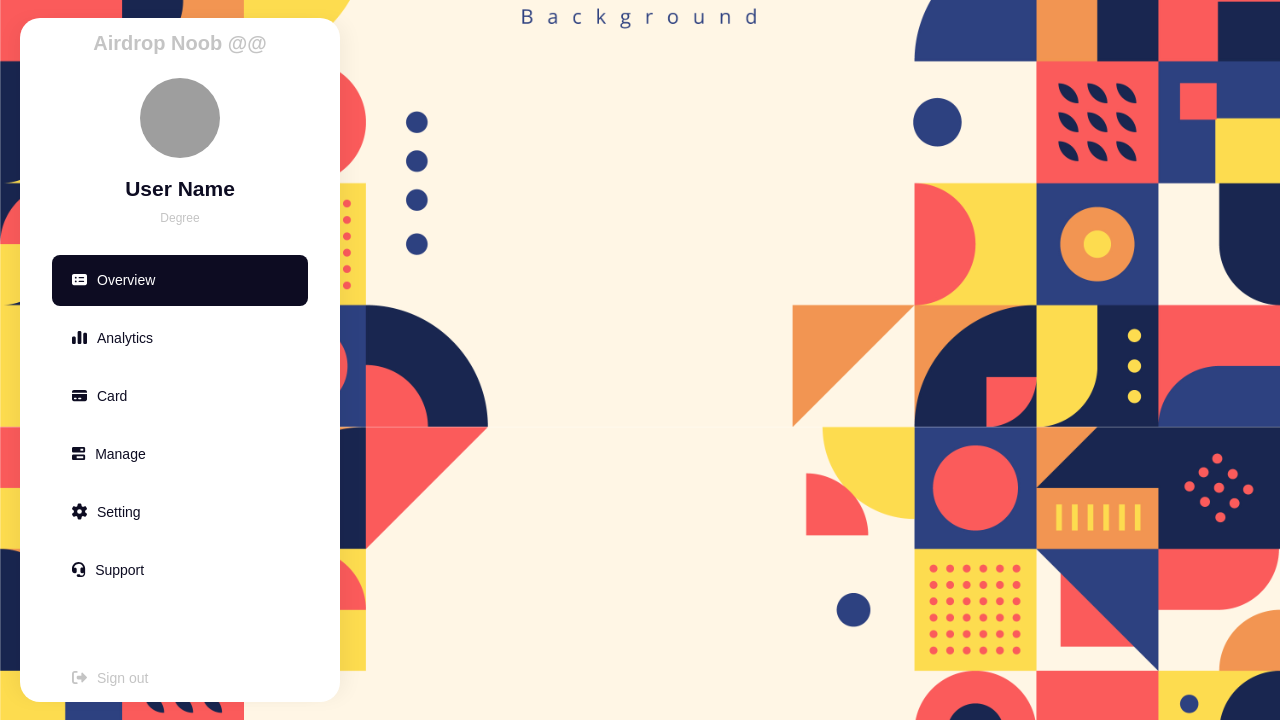
Repository: conGaStuer/airdropmamager
Page: /
The author's editor kept a copy of each file at every save. The page is drawn from the files as they stood at one save, then again after a run of saves.
The browser window is 1280 px wide. The pictures show the whole page.
Pictures or frames that could not be fetched are drawn as grey boxes. The project was rebuilt for these pictures with package versions that can differ from the ones it lists, and the page was loaded fresh each time. The framework's server and built-in components were replaced by stand-ins that run in the browser. Also part of the build but not shown: next.config.ts.

Above is the page before, as saved 2025-05-25 20:01:26.

### src/app/layout.tsx
import type { Metadata } from "next";
import { Geist, Geist_Mono } from "next/font/google";
import "../styles/globals.css";
import "../lib/fontawesome";
const geistSans = Geist({
  variable: "--font-geist-sans",
  subsets: ["latin"],
});

const geistMono = Geist_Mono({
  variable: "--font-geist-mono",
  subsets: ["latin"],
});

export const metadata: Metadata = {
  title: "Create Next App",
  description: "Generated by create next app",
};

export default function RootLayout({
  children,
}: Readonly<{
  children: React.ReactNode;
}>) {
  return (
    <html lang="en">
      <body
        className={`${geistSans.variable} ${geistMono.variable} antialiased`}
      >
        {children}
      </body>
    </html>
  );
}

### src/app/page.tsx
import Link from "next/link";
import SideBar from "../components/SideBar";
export default function Home() {
  return (
    <div className="home">
      {/* <Link href="/airdrops">
        <button>Đi đến trang Airdrops</button>
      </Link> */}
      <SideBar />
    </div>
  );
}

### src/styles/globals.css
@tailwind base;
@tailwind components;
@tailwind utilities;

:root {
  --background: #ffffff;
  --foreground: #171717;
}

@media (prefers-color-scheme: dark) {
  :root {
    --background: #0a0a0a;
    --foreground: #ededed;
  }
}

body {
  color: var(--foreground);
  background: var(--background);
  font-family: Arial, Helvetica, sans-serif;
  background-image: url("../styles/bg.jpg");
  background-size: cover;
  background-position: center;
}

### src/lib/fontawesome.js
// src/lib/fontawesome.js
import { config } from "@fortawesome/fontawesome-svg-core";
import "@fortawesome/fontawesome-svg-core/styles.css";
config.autoAddCss = false; // ⛔️ Ngăn tự thêm CSS vì Next.js xử lý riêng

### src/components/SideBar.js
import React from "react";
import "../styles/sideBar.scss";
import { FontAwesomeIcon } from "@fortawesome/react-fontawesome";
import {
  faEdit,
  faTrash,
  faRectangleList,
  faChartSimple,
  faCreditCard,
  faBarsProgress,
  faGear,
  faHeadset,
  faRightFromBracket,
} from "@fortawesome/free-solid-svg-icons";

export default function SideBar() {
  return (
    <div className="side-bar">
      <div className="side-info">
        <h4>Airdrop Noob @@</h4>
        <div className="user-profile">
          <img src="/path/to/image.jpg" />
          <h4>User Name</h4>
          <p>Degree</p>
        </div>
      </div>
      <div className="side-menu">
        <div className="menu-element menu-element1">
          <FontAwesomeIcon icon={faRectangleList} className="icon" />
          <span>Overview</span>
        </div>
        <div className="menu-element">
          <FontAwesomeIcon icon={faChartSimple} className="icon" />
          <span>Analytics</span>
        </div>
        <div className="menu-element">
          <FontAwesomeIcon icon={faCreditCard} className="icon" />
          <span>Card</span>
        </div>
        <div className="menu-element">
          <FontAwesomeIcon icon={faBarsProgress} className="icon" />
          <span>Manage</span>
        </div>
        <div className="menu-element">
          <FontAwesomeIcon icon={faGear} className="icon" />
          <span>Setting</span>
        </div>
        <div className="menu-element">
          <FontAwesomeIcon icon={faHeadset} className="icon" />

          <span>Support</span>
        </div>
      </div>
      <div className="side-logout">
        <FontAwesomeIcon icon={faRightFromBracket} className="icon" />
        <span>Sign out</span>
      </div>
    </div>
  );
}

### src/styles/sideBar.scss
@mixin center-div {
  display: flex;
  flex-direction: column;
  justify-content: space-between;
  align-items: center;
}
@mixin no-space-text {
  margin: 0px;
  padding: 0px;
}
.side-bar {
  @include center-div();
  width: 25%;
  height: 95vh;
  position: fixed;
  top: 2.5%;
  left: 20px;
  border-radius: 20px;
  background-color: white;
  color: #c4c4c4;
  box-shadow: 10px 0 20px -5px rgba(0, 0, 0, 0.05),
    -10px 0 20px -5px rgba(0, 0, 0, 0.05);
  .icon {
    font-size: 15px;
    margin-right: 10px;
    position: relative;
    top: -1px;
  }
  .side-info {
    width: 80%;
    height: 32%;
    display: flex;
    flex-direction: column;
    justify-content: space-around;
    align-items: center;

    h4 {
      @include no-space-text();
      font-size: 20px;
      font-weight: bold;
    }
    .user-profile {
      width: 75%;
      height: 68%;
      @include center-div();

      img {
        width: 80px;
        height: 80px;
        border-radius: 50%;
      }
      h4 {
        font-size: 21px;
        font-weight: bold;
        @include no-space-text();
        position: relative;
        top: 5px;
        color: #0d0c22;
      }
      p {
        @include no-space-text();
        font-size: 12px;
        position: relative;
      }
    }
  }
  .side-menu {
    width: 80%;
    height: 50%;
    @include center-div();
    position: relative;
    top: -20px;
    .menu-element {
      width: 100%;
      height: 15%;
      background-color: white;
      border-radius: 8px;
      font-size: 14px;
      display: flex;
      align-items: center;
      padding: 20px;
      color: #0d0c22;
    }
    .menu-element1 {
      background-color: #0d0c22;
      color: white;
    }
  }
  .side-logout {
    width: 80%;
    height: 7%;
    display: flex;
    align-items: center;
    padding: 20px;
    span {
      font-size: 14px;
    }
  }
}

Loaded but not shown: tailwind.config.ts (common file)

After the next 2 saves:
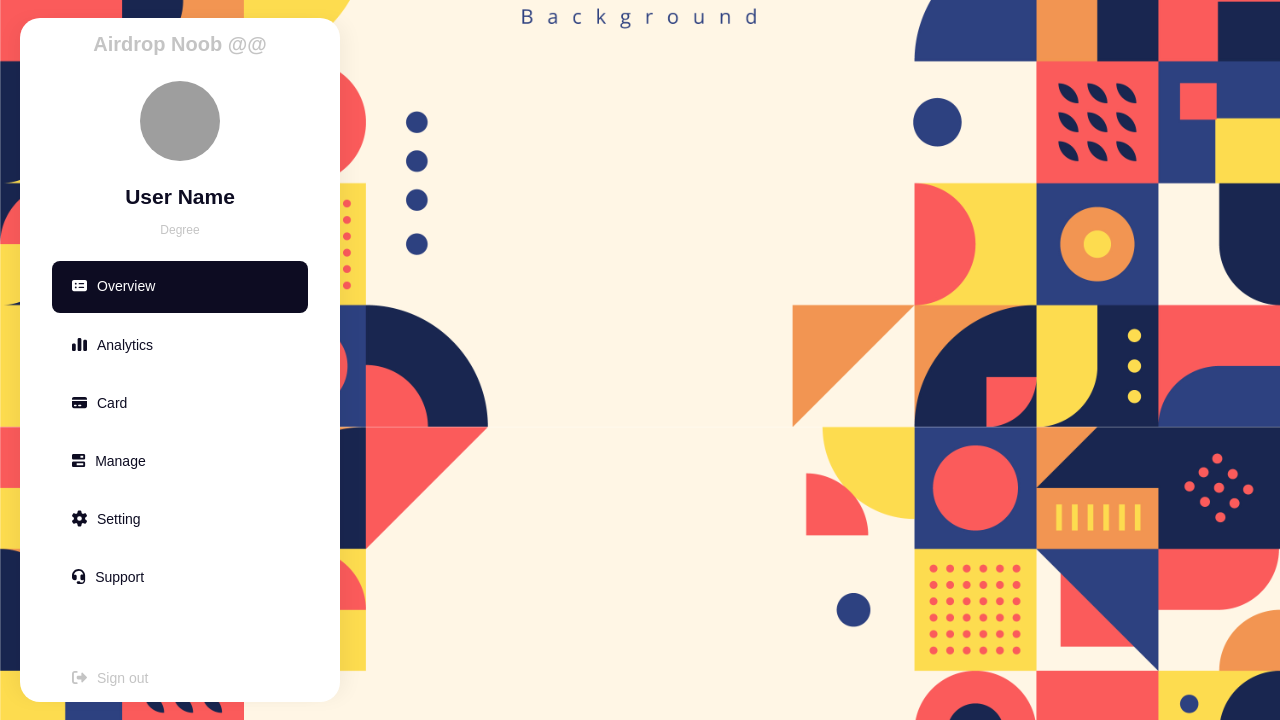
The 2 saves are shown as one change because they came seconds apart.
The last was saved 14 s later.
--- a/src/styles/sideBar.scss
+++ b/src/styles/sideBar.scss
@@ -28,7 +28,7 @@
   }
   .side-info {
     width: 80%;
-    height: 32%;
+    height: 34%;
     display: flex;
     flex-direction: column;
     justify-content: space-around;
